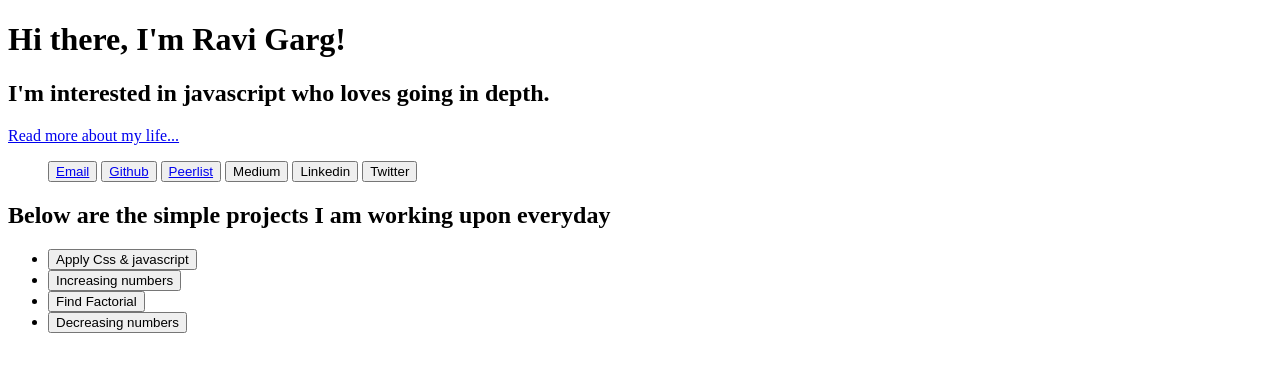
Repository: ravigarg001/musafir
Page: index.html
An editor plug-in stored every save of this project. The page is shown before and after the next save, followed by the edit.
The browser window is 1280 px wide. The pictures show the whole page.

Above is the page before, as saved 2022-05-02 09:23:19.

After the next save:
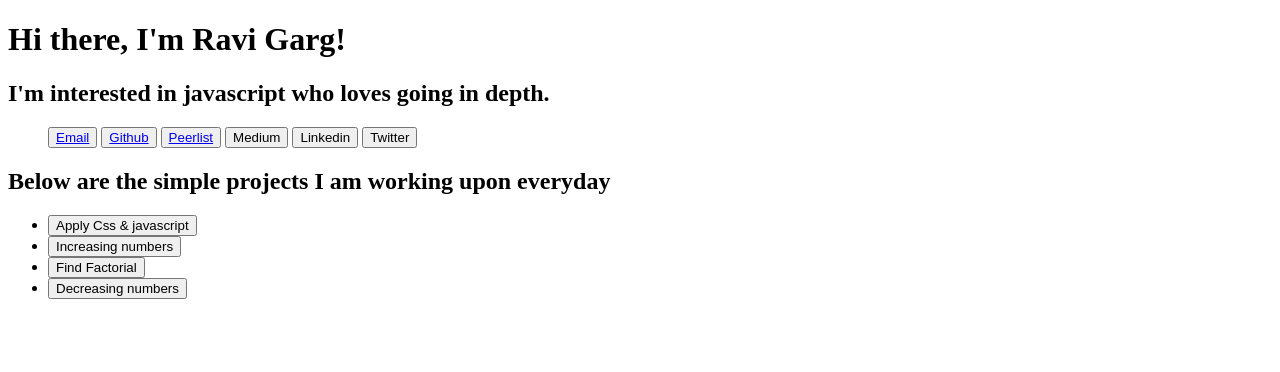
Saved 34 s later.
--- a/index.html
+++ b/index.html
@@ -10,7 +10,7 @@
 <div class="about" >
     <h1>Hi there, I'm Ravi Garg!</h1>
     <h2>I'm interested in javascript who loves going in depth.</h2>
-    <p> <a id="more" href="/about">Read more about my life...</a></p>
+    <!-- <p> <a id="more" href="/about">Read more about my life...</a></p> -->
 </div>
 
 <footer>
